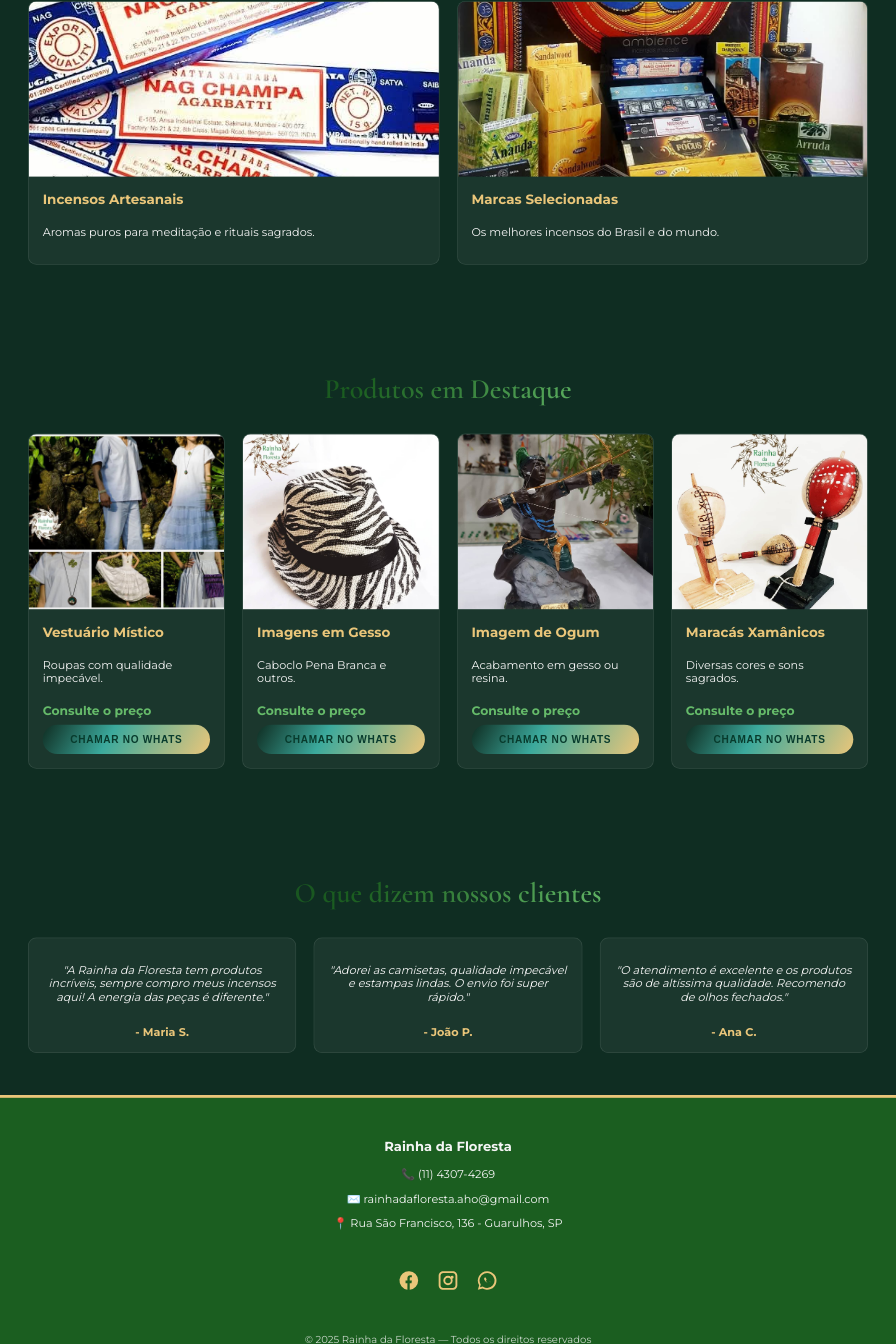
Repository: Sandro1969-tech/rainha-floresta-aho
Page: index2.html
An editor plug-in stored every save of this project. The page is shown before and after the next save, followed by the edit.
The browser window is 1280 px wide. The pictures show the part of the page from y = 1375 to 3295 px (the page is 3352 px tall), at 70% of full size.
A picture or video elsewhere on the page could not be fetched, so the positions and the page height are approximate. Backgrounds fixed to the window are drawn as part of the page.

Above is the page before, as saved 2025-12-01 00:14:30.

### index2.html
<!doctype html>
<html lang="pt-BR">
<head>
  <meta charset="utf-8" />
  <meta name="viewport" content="width=device-width, initial-scale=1" />
  <title>Rainha da Floresta — Loja mística e esotérica</title>
  <link rel="icon" href="assets/image/icon.png" />

  <link href="https://fonts.googleapis.com/css2?family=Cormorant+Garamond:wght@600&family=Montserrat:wght@400;600;700&display=swap" rel="stylesheet">

  <style>
    :root {
      --verde-profundo: #0f2d22;
      --verde-floresta: #1B5E20;
      --verde-aurora: #66BB6A;
      --dourado-suave: #EAC67A;
      --azul-folha: #3BA99C;
      --branco-neblina: #F5F5F5;
      --grad-floresta: linear-gradient(135deg, #0f2d22 0%, #1B5E20 40%, #66BB6A 70%, #EAC67A 100%);
      --grad-dourado-verde: linear-gradient(120deg, #0f2d22 0%, #3BA99C 40%, #EAC67A 100%);
    }

    /* Base */
    * { box-sizing: border-box; }
    body {
      margin: 0;
      font-family: 'Montserrat', sans-serif;
      background: var(--verde-profundo);
      color: var(--branco-neblina);
    }
    a { color: inherit; text-decoration: none; }

    /* CORREÇÃO DO LOGO */
    img.topo-logo {
      display: block;
      width: 100%;            /* Ocupa a largura disponível... */
      max-width: 400px;       /* ...até o limite de 400px (antes estava 100px) */
      height: auto;
      margin: 0 auto 20px;    /* Margem inferior para separar do texto */
      filter: drop-shadow(0 0 10px rgba(0,0,0,0.5)); /* Sombra para destacar do fundo */
    }

    /* CORREÇÃO DO VÍDEO */
    .video-container {
      width: 100%;
      max-width: 700px;       /* Limita a largura máxima do vídeo */
      margin: 30px auto;      /* Centraliza e dá espaço */
      border-radius: 12px;
      overflow: hidden;
      box-shadow: 0 10px 30px rgba(0,0,0,0.4);
      border: 1px solid rgba(234, 198, 122, 0.2); /* Borda sutil dourada */
    }

    .video-container video {
      width: 100%;
      height: auto;
      display: block;         /* Remove espaços extras abaixo do vídeo */
    }

    /* Header */
    header {
      position: fixed; top: 0; left: 0; right: 0; z-index: 50;
      background: rgba(15, 45, 34, .95);
      padding: .8rem 1rem;
      display: flex; justify-content: space-between; align-items: center;
      backdrop-filter: blur(4px);
      box-shadow: 0 2px 10px rgba(0,0,0,0.3);
    }
    .brand {
      font-family: 'Cormorant Garamond', serif;
      font-size: 1.5rem;
      background: var(--grad-floresta);
      -webkit-background-clip: text;
      color: transparent;
    }
    nav a {
      margin: 0 .6rem;
      font-weight: 600;
      color: var(--branco-neblina);
      transition: .3s;
    }
    nav a:hover { color: var(--dourado-suave); }

    /* Hero */
    .hero {
      min-height: 100vh; /* Ocupa a tela toda */
      display: flex; flex-direction: column; justify-content: center; align-items: center;
      text-align: center;
      padding: 100px 20px 40px;
      background-image: linear-gradient(rgba(15, 45, 34, 0.8), rgba(15, 45, 34, 0.9)), url("assets/image/floresta-bg.jpg");
      background-size: cover;
      background-position: center;
      background-attachment: fixed; /* Efeito parallax simples */
    }
    .hero h1 {
      font-family: 'Cormorant Garamond', serif;
      font-size: 3.5rem;
      background: var(--grad-floresta);
      -webkit-background-clip: text;
      color: transparent;
      margin: 0 0 10px;
      line-height: 1.1;
    }
    .hero p {
      max-width: 600px; margin: 1rem auto; color: rgba(245, 245, 245, .9); font-size: 1.1rem;
    }
    .btn {
      padding: 1rem 2rem;
      border-radius: 999px;
      font-weight: 700;
      background: var(--grad-dourado-verde);
      border: none;
      cursor: pointer;
      transition: .3s;
      margin: 1rem;
      color: #083b2d;
      text-transform: uppercase;
      letter-spacing: 1px;
    }
    .btn:hover { transform: scale(1.05); box-shadow: 0 0 15px rgba(102, 187, 106, 0.4); }

    /* Seções e títulos */
    section { padding: 60px 20px; }
    h2 {
      font-family: 'Cormorant Garamond', serif;
      font-size: 2.5rem;
      background: var(--grad-floresta);
      -webkit-background-clip: text;
      color: transparent;
      text-align: center;
      margin-bottom: 40px;
    }

    /* Grid e cards */
    .grid {
      display: grid;
      grid-template-columns: repeat(auto-fit, minmax(260px, 1fr));
      gap: 25px;
      max-width: 1200px;
      margin: 0 auto;
    }
    .card {
      background: rgba(255, 255, 255, .05);
      border: 1px solid rgba(255, 255, 255, .1);
      border-radius: 12px;
      overflow: hidden;
      transition: .3s;
      cursor: pointer;
      display: flex;
      flex-direction: column;
    }
    .card:hover { transform: translateY(-5px); box-shadow: 0 10px 25px rgba(102, 187, 106, 0.2); border-color: var(--verde-aurora); }
    .card img { width: 100%; height: 250px; object-fit: cover; transition: .4s; }
    .card-body { padding: 20px; flex-grow: 1; display: flex; flex-direction: column; justify-content: space-between; }
    .card h3 { margin: 0 0 10px; font-size: 1.2rem; color: var(--dourado-suave); }
    .price { display: block; margin: 10px 0; color: var(--verde-aurora); font-weight: 700; font-size: 1.1rem;}

    .card .btn {
        margin: 0;
        width: 100%;
        padding: 0.8rem;
        font-size: 0.9rem;
    }

    /* Depoimentos */
    #depoimentos .card { text-align: center; font-style: italic; }
    #depoimentos strong { display: block; margin-top: 15px; font-style: normal; color: var(--dourado-suave); }

    /* Rodapé */
    footer {
      background: var(--verde-floresta);
      color: var(--branco-neblina);
      text-align: center;
      padding: 40px 20px;
      border-top: 4px solid var(--dourado-suave);
    }
    .footer-wrap {
      max-width: 1000px; margin: 0 auto;
      display: grid; gap: 20px;
    }
    .social-icon { transition: .3s; color: var(--dourado-suave); }
    .social-icon:hover { transform: scale(1.2); color: #fff; }
    .footer-social { margin: 20px 0; }
    .footer-social a { margin: 0 10px; display: inline-block; }

    /* Responsividade refinada */
    @media (max-width: 480px) {
      .hero h1 { font-size: 2.5rem; }
      img.topo-logo { max-width: 250px; } /* Logo um pouco menor no celular */
      .card img { height: 200px; }
      nav { display: none; } /* Ideal seria um menu hambúrguer aqui, mas ocultei para simplificar */
    }
  </style>
</head>
<body>

  <header>
    <div class="brand">Rainha da Floresta</div>
    <nav>
      <a href="#categorias">Categorias</a>
      <a href="#produtos">Produtos</a>
      <a href="#depoimentos">Depoimentos</a>
    </nav>
  </header>

  <section class="hero">
    <img src="assets/image/rainha.jpg" alt="Rainha da Floresta" class="topo-logo">

    <h1>Bem-vindo à Floresta</h1>
    <p>Artigos religiosos e esotéricos que unem espiritualidade, natureza e elegância contemporânea.</p>

    <button class="btn" onclick="document.getElementById('produtos').scrollIntoView({behavior: 'smooth'})">
        Conheça nossos produtos
    </button>

    <div class="video-container">
      <video autoplay muted loop playsinline>
        <source src="assets/image/lobo.mp4" type="video/mp4">
        Seu navegador não suporta vídeos.
      </video>
    </div>
  </section>

  <section id="categorias">
    <h2>Categorias</h2>
    <div class="grid">
      <div class="card">
        <img src="assets/image/incenso.jpg" alt="Incensos">
        <div class="card-body">
          <h3>Incensos Artesanais</h3>
          <p>Aromas puros para meditação e rituais sagrados.</p>
        </div>
      </div>
      <div class="card">
        <img src="assets/image/incenso2.jpg" alt="Marcas Variadas">
        <div class="card-body">
          <h3>Marcas Selecionadas</h3>
          <p>Os melhores incensos do Brasil e do mundo.</p>
        </div>
      </div>
    </div>
  </section>

  <section id="produtos">
    <h2>Produtos em Destaque</h2>
    <div class="grid">
      <div class="card">
        <img src="assets/image/roupas.jpg" alt="Roupas">
        <div class="card-body">
            <h3>Vestuário Místico</h3>
            <p>Roupas com qualidade impecável.</p>
            <span class="price">Consulte o preço</span>
            <button class="btn">Chamar no Whats</button>
        </div>
      </div>

      <div class="card">
        <img src="assets/image/chapeu2.jpg" alt="Chapeui">
        <div class="card-body">
            <h3>Imagens em Gesso</h3>
            <p>Caboclo Pena Branca e outros.</p>
            <span class="price">Consulte o preço</span>
            <button class="btn">Chamar no Whats</button>
        </div>
      </div>

      <div class="card">
        <img src="assets/image/ogum.jpg" alt="Ogum">
        <div class="card-body">
            <h3>Imagem de Ogum</h3>
            <p>Acabamento em gesso ou resina.</p>
            <span class="price">Consulte o preço</span>
            <button class="btn">Chamar no Whats</button>
        </div>
      </div>

      <div class="card">
        <img src="assets/image/maraca.jpg" alt="Maracá">
        <div class="card-body">
            <h3>Maracás Xamânicos</h3>
            <p>Diversas cores e sons sagrados.</p>
            <span class="price">Consulte o preço</span>
            <button class="btn">Chamar no Whats</button>
        </div>
      </div>

      </div>
  </section>

  <section id="depoimentos">
    <h2>O que dizem nossos clientes</h2>
    <div class="grid">
      <div class="card">
        <div class="card-body">
          <p>"A Rainha da Floresta tem produtos incríveis, sempre compro meus incensos aqui! A energia das peças é diferente."</p>
          <strong>- Maria S.</strong>
        </div>
      </div>
      <div class="card">
        <div class="card-body">
          <p>"Adorei as camisetas, qualidade impecável e estampas lindas. O envio foi super rápido."</p>
          <strong>- João P.</strong>
        </div>
      </div>
      <div class="card">
        <div class="card-body">
          <p>"O atendimento é excelente e os produtos são de altíssima qualidade. Recomendo de olhos fechados."</p>
          <strong>- Ana C.</strong>
        </div>
      </div>
    </div>
  </section>

  <footer>
    <div class="footer-wrap">
      <div class="footer-info">
        <h3>Rainha da Floresta</h3>
        <p>📞 (11) 4307-4269</p>
        <p>✉️ rainhadafloresta.aho@gmail.com</p>
        <p>📍 Rua São Francisco, 136 - Guarulhos, SP</p>
      </div>

      <div class="footer-social">
        <a href="https://facebook.com//share/1D2KycMmKn/" target="_blank" aria-label="Facebook">
          <svg class="social-icon" xmlns="http://www.w3.org/2000/svg" viewBox="0 0 24 24" width="32" height="32">
            <path fill="currentColor" d="M22 12a10 10 0 1 0-11.5 9.9v-7h-2v-3h2v-2.3c0-2 1.2-3.1 3-3.1.9 0 1.8.1 1.8.1v2h-1c-1 0-1.3.6-1.3 1.2V12h2.3l-.4 3h-1.9v7A10 10 0 0 0 22 12z"/>
          </svg>
        </a>

        <a href="https://instagram.com/rainhadafloresta.aho?igsh=MWtwcDTkN3cxa3E0MA==" target="_blank" aria-label="Instagram">
          <svg class="social-icon" xmlns="http://www.w3.org/2000/svg" viewBox="0 0 24 24" width="32" height="32">
            <path fill="currentColor" d="M7 2C4.2 2 2 4.2 2 7v10c0 2.8 2.2 5 5 5h10c2.8 0 5-2.2 5-5V7c0-2.8-2.2-5-5-5H7zm10 2c1.7 0 3 1.3 3 3v10c0 1.7-1.3 3-3 3H7c-1.7 0-3-1.3-3-3V7c0-1.7 1.3-3 3-3h10zm-5 3a5 5 0 1 0 0 10 5 5 0 0 0 0-10zm0 2a3 3 0 1 1 0 6 3 3 0 0 1 0-6zm4.5-2a1.5 1.5 0 1 0 0 3 1.5 1.5 0 0 0 0-3z"/>
          </svg>
        </a>

        <a href="https://wa.me/5511912543214" target="_blank" aria-label="WhatsApp">
          <svg class="social-icon" xmlns="http://www.w3.org/2000/svg" viewBox="0 0 24 24" width="32" height="32">
            <path fill="currentColor" d="M12 2a10 10 0 0 0-8.6 15.1L2 22l5-1.3A10 10 0 1 0 12 2zm0 18c-1.6 0-3.1-.5-4.4-1.4l-.3-.2-3 .8.8-2.9-.2-.3A8 8 0 1 1 12 20zm4.5-5.6c-.2-.1-1.2-.6-1.4-.7-.2-.1-.3-.1-.5.1-.1.2-.6.7-.7.9-.1.2-.3.2-.5.1-.2-.1-.9-.3-1.7-1-.6-.5-1-1.2-1.1-1.4-.1-.2 0-.3.1-.4.1-.1.2-.3.3-.4.1-.1.1-.2.2-.3.1-.1.1-.2.1-.3 0-.1 0-.2-.1-.3-.1-.1-.5-1.2-.7-1.6-.2-.4-.4-.3-.5-.3h-.4c-.1 0-.3.1-.4.2-.1.1-.5.5-.5 1.2 0 .7.5 1.4.6 1.5.1.2 1.1 1.7 2.6 2.4 1.5.7 1.5.5 1.8.5.3 0 .9-.4 1-0.8.1-.4.1-.7.1-.8-.1-.1-.2-.1-.4-.2z"/>
          </svg>
        </a>
      </div>

      <p style="font-size: 0.9rem; opacity: 0.8;">© 2025 Rainha da Floresta — Todos os direitos reservados</p>
    </div>
  </footer>

</body>
</html>

After the next save:
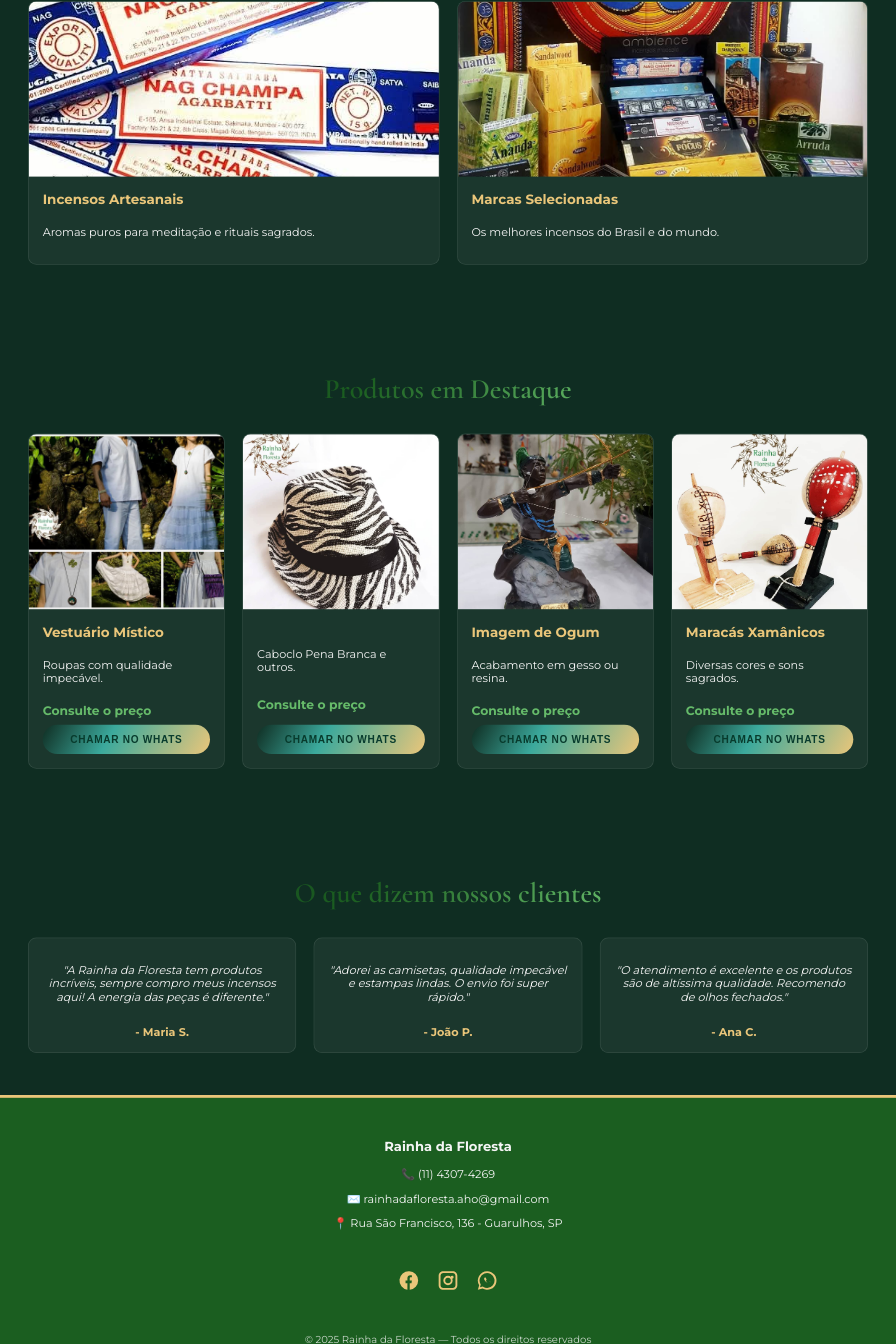
Saved 6 s later.
--- a/index2.html
+++ b/index2.html
@@ -257,7 +257,7 @@
       <div class="card">
         <img src="assets/image/chapeu2.jpg" alt="Chapeui">
         <div class="card-body">
-            <h3>Imagens em Gesso</h3>
+            <h3></h3>
             <p>Caboclo Pena Branca e outros.</p>
             <span class="price">Consulte o preço</span>
             <button class="btn">Chamar no Whats</button>
